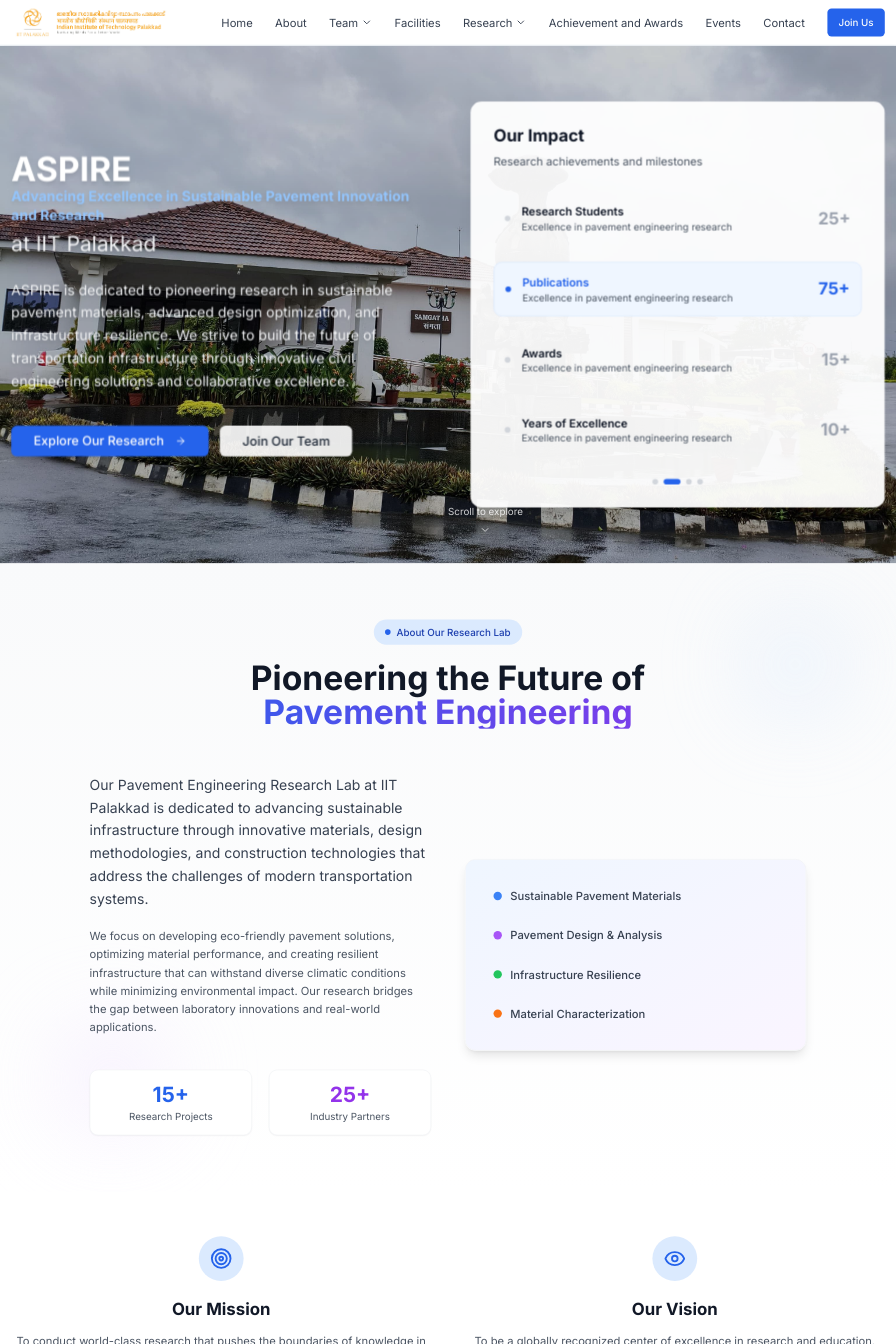
Repository: Gopikrish-30/ARISE
Page: /
The author's editor kept a copy of each file at every save. The page is drawn from the files as they stood at one save, then again after the next save.
The browser window is 1280 px wide. The pictures show the part of the page from y = 0 to 1920 px (the page is 4937 px tall before and 4993 px after), at 70% of full size.
The project was rebuilt for these pictures with package versions that can differ from the ones it lists, and the page was loaded fresh each time. Some packages were replaced by stand-ins written for this rebuild. The framework's server and built-in components were replaced by stand-ins that run in the browser. Also part of the build but not shown: next.config.mjs.

Above is the page before, as saved 2025-06-29 14:49:34.

### app/layout.tsx
import type React from "react"
import type { Metadata } from "next"
import { Inter } from "next/font/google"
import "./globals.css"
import { Navbar } from "@/components/navbar"
import { Footer } from "@/components/footer"

const inter = Inter({ subsets: ["latin"] })

export const metadata: Metadata = {
  title: "IIT Palakkad - Department Showcase",
  description: "Advancing the frontiers of science and technology through innovative research at IIT Palakkad",
}

export default function RootLayout({
  children,
}: {
  children: React.ReactNode
}) {
  return (
    <html lang="en">
      <body className={inter.className}>
        <Navbar />
        <main className="min-h-screen">{children}</main>
        <Footer />
      </body>
    </html>
  )
}

### app/page.tsx
import { Hero } from "@/components/hero"
import { About } from "@/components/about"
import { MissionVision } from "@/components/mission-vision"
import { Activities } from "@/components/activities"
import { Impact } from "@/components/impact"
import { Announcements } from "@/components/announcements"
import { Recognitions } from "@/components/recognitions"

export default function HomePage() {
  return (
    <div className="bg-white">
      <Hero />
      <About />
      <MissionVision />
      <Activities />
      <Impact />
      <Announcements />
      <Recognitions />
    </div>
  )
}

### app/globals.css
@tailwind base;
@tailwind components;
@tailwind utilities;

@layer base {
  :root {
    --background: 0 0% 100%;
    --foreground: 222.2 84% 4.9%;
    --card: 0 0% 100%;
    --card-foreground: 222.2 84% 4.9%;
    --popover: 0 0% 100%;
    --popover-foreground: 222.2 84% 4.9%;
    --primary: 221.2 83.2% 53.3%;
    --primary-foreground: 210 40% 98%;
    --secondary: 210 40% 96%;
    --secondary-foreground: 222.2 84% 4.9%;
    --muted: 210 40% 96%;
    --muted-foreground: 215.4 16.3% 46.9%;
    --accent: 210 40% 96%;
    --accent-foreground: 222.2 84% 4.9%;
    --destructive: 0 84.2% 60.2%;
    --destructive-foreground: 210 40% 98%;
    --border: 214.3 31.8% 91.4%;
    --input: 214.3 31.8% 91.4%;
    --ring: 221.2 83.2% 53.3%;
    --radius: 0.5rem;
  }

  .dark {
    --background: 222.2 84% 4.9%;
    --foreground: 210 40% 98%;
    --card: 222.2 84% 4.9%;
    --card-foreground: 210 40% 98%;
    --popover: 222.2 84% 4.9%;
    --popover-foreground: 210 40% 98%;
    --primary: 217.2 91.2% 59.8%;
    --primary-foreground: 222.2 84% 4.9%;
    --secondary: 217.2 32.6% 17.5%;
    --secondary-foreground: 210 40% 98%;
    --muted: 217.2 32.6% 17.5%;
    --muted-foreground: 215 20.2% 65.1%;
    --accent: 217.2 32.6% 17.5%;
    --accent-foreground: 210 40% 98%;
    --destructive: 0 62.8% 30.6%;
    --destructive-foreground: 210 40% 98%;
    --border: 217.2 32.6% 17.5%;
    --input: 217.2 32.6% 17.5%;
    --ring: 224.3 76.3% 94.1%;
  }
}

@layer base {
  * {
    @apply border-border;
  }
  body {
    @apply bg-background text-foreground;
  }
}

@layer utilities {
  .line-clamp-3 {
    display: -webkit-box;
    -webkit-line-clamp: 3;
    -webkit-box-orient: vertical;
    overflow: hidden;
  }
}

### components/hero.tsx
"use client"

import { useState, useEffect } from "react"
import { Button } from "@/components/ui/button"
import Link from "next/link"
import { ArrowRight, Users, BookOpen, Award, TrendingUp, ChevronDown } from "lucide-react"

export function Hero() {
  const [currentStat, setCurrentStat] = useState(0)
  const [isVisible, setIsVisible] = useState(false)

  const stats = [
    { icon: Users, number: "25+", label: "Research Students" },
    { icon: BookOpen, number: "75+", label: "Publications" },
    { icon: Award, number: "15+", label: "Awards" },
    { icon: TrendingUp, number: "10+", label: "Years of Excellence" },
  ]

  useEffect(() => {
    setIsVisible(true)
    const interval = setInterval(() => {
      setCurrentStat((prev) => (prev + 1) % stats.length)
    }, 4000)
    return () => clearInterval(interval)
  }, [stats.length])

  return (
    <section className="relative min-h-screen flex items-center justify-center overflow-hidden">
      {/* Background Image - Using placeholder */}
      <div className="absolute inset-0 z-0">
        <div
          className="absolute inset-0 bg-cover bg-center bg-no-repeat"
          style={{
            backgroundImage: `url('/images/hero2.jpg?height=1080&width=1920&text=IIT+Palakkad+Campus')`,
          }}
        />
        {/* Light overlay for text readability */}
        <div className="absolute inset-0 bg-black/20" />
      </div>

      {/* Content */}
      <div className="container mx-auto px-4 relative z-10">
        <div className="max-w-7xl mx-auto">
          <div className="grid lg:grid-cols-2 gap-16 items-center min-h-screen py-20">
            {/* Left Content */}
            <div className={`space-y-8 ${isVisible ? "animate-fade-in-up" : "opacity-0"}`}>
              {/* Badge */}
              {/* Removed Pavement Engineering Research badge as per request */}

              {/* Main Heading */}
              <div className="space-y-4">
  <h1 className="text-3xl md:text-4xl lg:text-5xl font-bold text-white leading-tight drop-shadow-lg">
    ASPIRE
    <span className="block text-blue-300 text-base md:text-lg lg:text-xl">
      Advancing Excellence in Sustainable Pavement Innovation and Research
    </span>
    <span className="block text-xl md:text-2xl lg:text-3xl text-gray-100 font-normal mt-2">
      at IIT Palakkad
    </span>
  </h1>
</div>

              {/* Description */}
              <p className="text-xl text-gray-100 leading-relaxed max-w-2xl drop-shadow-md">
                ASPIRE is dedicated to pioneering research in sustainable pavement materials, advanced design optimization, and infrastructure resilience.
                We strive to build the future of transportation infrastructure through innovative civil engineering solutions and collaborative excellence.
              </p>

              {/* CTA Buttons */}
              <div className="flex flex-col sm:flex-row gap-4 pt-4">
                <Button
                  asChild
                  size="lg"
                  className="bg-blue-600 hover:bg-blue-700 text-white px-8 py-4 text-lg font-medium rounded-lg shadow-lg hover:shadow-xl transition-all duration-200"
                >
                  <Link href="/research">
                    Explore Our Research
                    <ArrowRight className="ml-2 h-5 w-5" />
                  </Link>
                </Button>

                <Button
                  asChild
                  size="lg"
                  className="bg-white/90 backdrop-blur-sm text-gray-800 hover:bg-white px-8 py-4 text-lg font-medium rounded-lg shadow-lg hover:shadow-xl transition-all duration-200"
                >
                  <Link href="/join-us">Join Our Team</Link>
                </Button>
              </div>
            </div>

            {/* Right Content - Clean Stats Display */}
            <div className={`${isVisible ? "animate-fade-in-right" : "opacity-0"}`}>
              <div className="bg-white/95 backdrop-blur-md rounded-2xl p-8 shadow-xl border border-white/20">
                {/* Header */}
                <div className="mb-8">
                  <h3 className="text-2xl font-bold text-gray-900 mb-2">Our Impact</h3>
                  <p className="text-gray-600">Research achievements and milestones</p>
                </div>

                {/* Stats List */}
                <div className="space-y-6">
                  {stats.map((stat, index) => {
                    const Icon = stat.icon
                    const isActive = index === currentStat

                    // Define navigation paths for each stat
                    const getStatLink = (label: string) => {
                      switch (label) {
                        case "Research Students":
                          return "/team/scholars"
                        case "Publications":
                          return "/research/journals"
                        case "Awards":
                          return "/achievements"
                        case "Years of Excellence":
                          return "/about"
                        default:
                          return "/about"
                      }
                    }

                    return (
                      <Link
                        key={index}
                        href={getStatLink(stat.label)}
                        className={`flex items-center p-4 rounded-xl cursor-pointer transition-all duration-300 hover:bg-blue-50 ${
                          isActive ? "bg-blue-50 border border-blue-100" : ""
                        }`}
                        onClick={() => setCurrentStat(index)}
                      >
                        <div className="flex items-center space-x-4 flex-1">
                          <div
                            className={`w-2 h-2 rounded-full ${isActive ? "bg-blue-600" : "bg-gray-300"} transition-colors duration-300`}
                          />
                          <div className="flex-1">
                            <h4
                              className={`font-semibold ${isActive ? "text-blue-600" : "text-gray-900"} transition-colors duration-300`}
                            >
                              {stat.label}
                            </h4>
                            <p className="text-gray-600 text-sm">Excellence in pavement engineering research</p>
                          </div>
                          <div
                            className={`text-2xl font-bold ${isActive ? "text-blue-600" : "text-gray-400"} transition-colors duration-300`}
                          >
                            {stat.number}
                          </div>
                        </div>
                      </Link>
                    )
                  })}
                </div>

                {/* Active Indicator */}
                <div className="flex justify-center mt-8 space-x-2">
                  {stats.map((_, index) => (
                    <button
                      key={index}
                      onClick={() => setCurrentStat(index)}
                      className={`w-2 h-2 rounded-full transition-all duration-300 ${
                        index === currentStat ? "bg-blue-600 w-6" : "bg-gray-300 hover:bg-gray-400"
                      }`}
                    />
                  ))}
                </div>
              </div>
            </div>
          </div>

          {/* Scroll Indicator */}
          <div className="absolute bottom-8 left-1/2 transform -translate-x-1/2 text-white/80 animate-bounce">
            <div className="flex flex-col items-center space-y-2">
              <span className="text-sm drop-shadow-md">Scroll to explore</span>
              <ChevronDown className="w-4 h-4" />
            </div>
          </div>
        </div>
      </div>

      {/* Custom Styles */}
      <style jsx>{`
        @keyframes fade-in-up {
          from {
            opacity: 0;
            transform: translateY(30px);
          }
          to {
            opacity: 1;
            transform: translateY(0);
          }
        }

        @keyframes fade-in-right {
          from {
            opacity: 0;
            transform: translateX(30px);
          }
          to {
            opacity: 1;
            transform: translateX(0);
          }
        }

        .animate-fade-in-up {
          animation: fade-in-up 0.8s ease-out forwards;
        }

        .animate-fade-in-right {
          animation: fade-in-right 0.8s ease-out 0.3s forwards;
        }
      `}</style>
    </section>
  )
}

### components/mission-vision.tsx
import { Target, Eye } from "lucide-react"

export function MissionVision() {
  return (
    <section className="py-16">
      <div className="container mx-auto px-4">
        <div className="grid md:grid-cols-2 gap-12">
          <div className="text-center">
            <div className="w-16 h-16 bg-blue-100 rounded-full flex items-center justify-center mx-auto mb-6">
              <Target className="w-8 h-8 text-blue-600" />
            </div>
            <h3 className="text-2xl font-bold text-gray-900 mb-4">Our Mission</h3>
            <p className="text-gray-600 leading-relaxed">
              To conduct world-class research that pushes the boundaries of knowledge in computer science and
              engineering, while nurturing the next generation of researchers and innovators who will shape the future
              of technology.
            </p>
          </div>

          <div className="text-center">
            <div className="w-16 h-16 bg-blue-100 rounded-full flex items-center justify-center mx-auto mb-6">
              <Eye className="w-8 h-8 text-blue-600" />
            </div>
            <h3 className="text-2xl font-bold text-gray-900 mb-4">Our Vision</h3>
            <p className="text-gray-600 leading-relaxed">
              To be a globally recognized center of excellence in research and education, contributing to scientific
              advancement and technological innovation that benefits society and addresses the challenges of tomorrow.
            </p>
          </div>
        </div>
      </div>
    </section>
  )
}

### components/ui/card.tsx
import * as React from "react"

import { cn } from "@/lib/utils"

const Card = React.forwardRef<
  HTMLDivElement,
  React.HTMLAttributes<HTMLDivElement>
>(({ className, ...props }, ref) => (
  <div
    ref={ref}
    className={cn(
      "rounded-lg border bg-card text-card-foreground shadow-sm",
      className
    )}
    {...props}
  />
))
Card.displayName = "Card"

const CardHeader = React.forwardRef<
  HTMLDivElement,
  React.HTMLAttributes<HTMLDivElement>
>(({ className, ...props }, ref) => (
  <div
    ref={ref}
    className={cn("flex flex-col space-y-1.5 p-6", className)}
    {...props}
  />
))
CardHeader.displayName = "CardHeader"

const CardTitle = React.forwardRef<
  HTMLDivElement,
  React.HTMLAttributes<HTMLDivElement>
>(({ className, ...props }, ref) => (
  <div
    ref={ref}
    className={cn(
      "text-2xl font-semibold leading-none tracking-tight",
      className
    )}
    {...props}
  />
))
CardTitle.displayName = "CardTitle"

const CardDescription = React.forwardRef<
  HTMLDivElement,
  React.HTMLAttributes<HTMLDivElement>
>(({ className, ...props }, ref) => (
  <div
    ref={ref}
    className={cn("text-sm text-muted-foreground", className)}
    {...props}
  />
))
CardDescription.displayName = "CardDescription"

const CardContent = React.forwardRef<
  HTMLDivElement,
  React.HTMLAttributes<HTMLDivElement>
>(({ className, ...props }, ref) => (
  <div ref={ref} className={cn("p-6 pt-0", className)} {...props} />
))
CardContent.displayName = "CardContent"

const CardFooter = React.forwardRef<
  HTMLDivElement,
  React.HTMLAttributes<HTMLDivElement>
>(({ className, ...props }, ref) => (
  <div
    ref={ref}
    className={cn("flex items-center p-6 pt-0", className)}
    {...props}
  />
))
CardFooter.displayName = "CardFooter"

export { Card, CardHeader, CardFooter, CardTitle, CardDescription, CardContent }

### components/ui/badge.tsx
import * as React from "react"
import { cva, type VariantProps } from "class-variance-authority"

import { cn } from "@/lib/utils"

const badgeVariants = cva(
  "inline-flex items-center rounded-full border px-2.5 py-0.5 text-xs font-semibold transition-colors focus:outline-none focus:ring-2 focus:ring-ring focus:ring-offset-2",
  {
    variants: {
      variant: {
        default:
          "border-transparent bg-primary text-primary-foreground hover:bg-primary/80",
        secondary:
          "border-transparent bg-secondary text-secondary-foreground hover:bg-secondary/80",
        destructive:
          "border-transparent bg-destructive text-destructive-foreground hover:bg-destructive/80",
        outline: "text-foreground",
      },
    },
    defaultVariants: {
      variant: "default",
    },
  }
)

export interface BadgeProps
  extends React.HTMLAttributes<HTMLDivElement>,
    VariantProps<typeof badgeVariants> {}

function Badge({ className, variant, ...props }: BadgeProps) {
  return (
    <div className={cn(badgeVariants({ variant }), className)} {...props} />
  )
}

export { Badge, badgeVariants }

Loaded but not shown: lib/utils.ts (common file); tailwind.config.ts (common file); components/ui/dropdown-menu.tsx (200 lines, source omitted); components/activities.tsx (185 lines, source omitted); components/about.tsx (109 lines, source omitted); components/navbar.tsx (125 lines, source omitted); components/footer.tsx (144 lines, source omitted); components/announcements.tsx (100 lines, source omitted); components/recognitions.tsx (94 lines, source omitted); components/impact.tsx (59 lines, source omitted); components/ui/button.tsx (56 lines, source omitted)

After the next save:
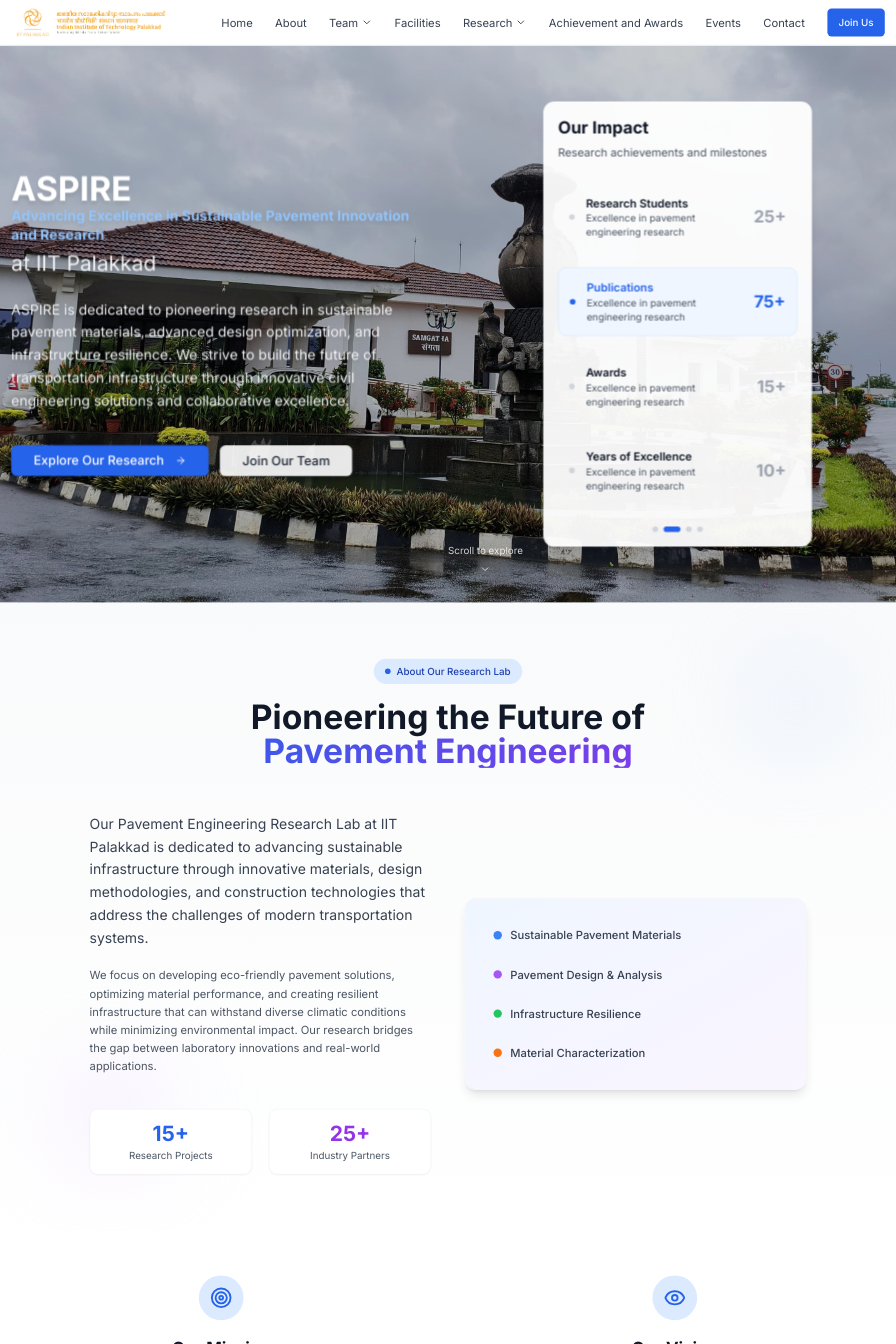
Saved 8 s later.
--- a/components/hero.tsx
+++ b/components/hero.tsx
@@ -91,7 +91,7 @@
 
             {/* Right Content - Clean Stats Display */}
             <div className={`${isVisible ? "animate-fade-in-right" : "opacity-0"}`}>
-              <div className="bg-white/95 backdrop-blur-md rounded-2xl p-8 shadow-xl border border-white/20">
+            <div className="bg-white/95 backdrop-blur-md rounded-2xl p-5 shadow-lg border border-white/20 max-w-sm mx-auto">
                 {/* Header */}
                 <div className="mb-8">
                   <h3 className="text-2xl font-bold text-gray-900 mb-2">Our Impact</h3>

After the save that followed:
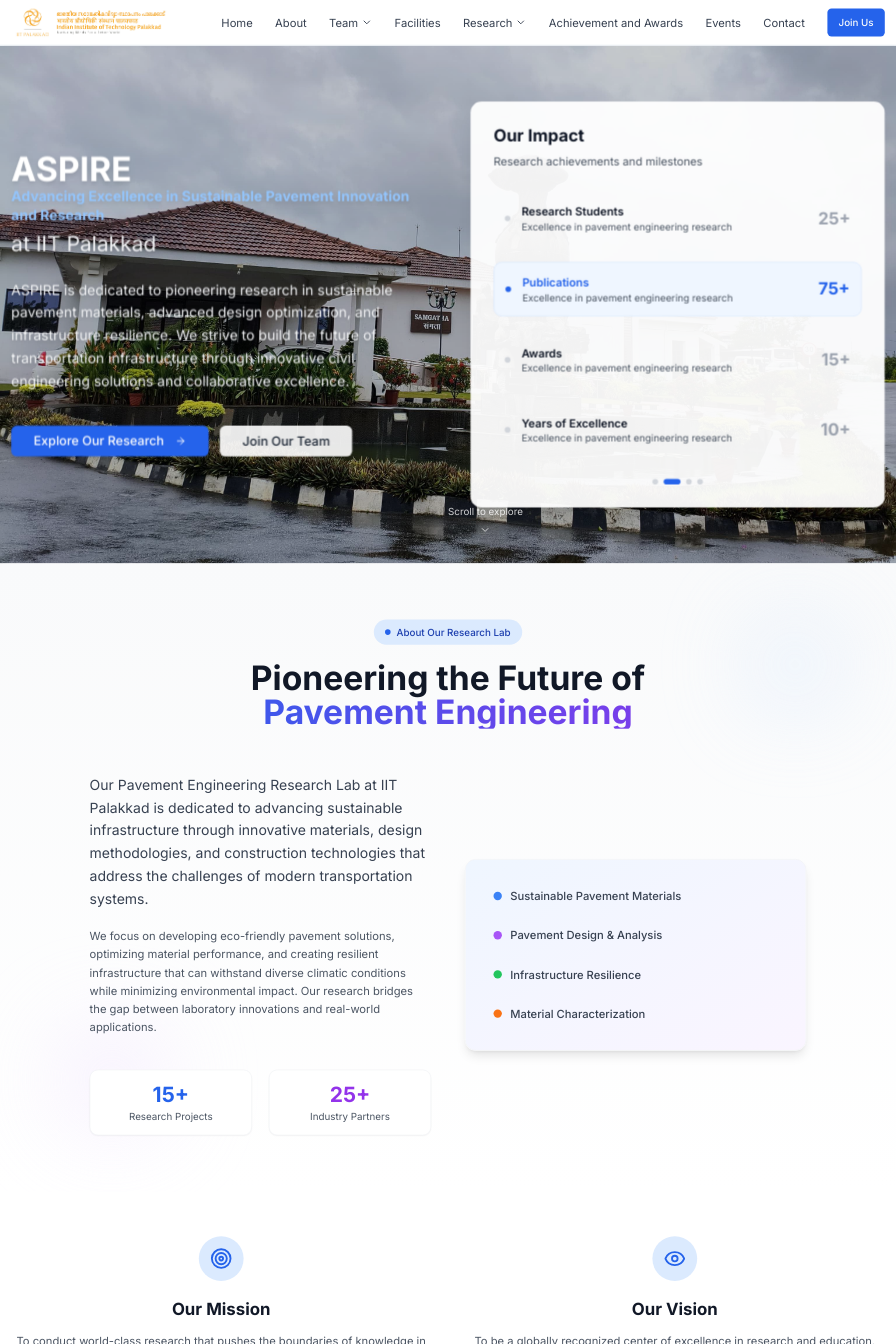
Saved 60 s later.
--- a/components/hero.tsx
+++ b/components/hero.tsx
@@ -91,7 +91,7 @@
 
             {/* Right Content - Clean Stats Display */}
             <div className={`${isVisible ? "animate-fade-in-right" : "opacity-0"}`}>
-            <div className="bg-white/95 backdrop-blur-md rounded-2xl p-5 shadow-lg border border-white/20 max-w-sm mx-auto">
+              <div className="bg-white/95 backdrop-blur-md rounded-2xl p-8 shadow-xl border border-white/20">
                 {/* Header */}
                 <div className="mb-8">
                   <h3 className="text-2xl font-bold text-gray-900 mb-2">Our Impact</h3>
